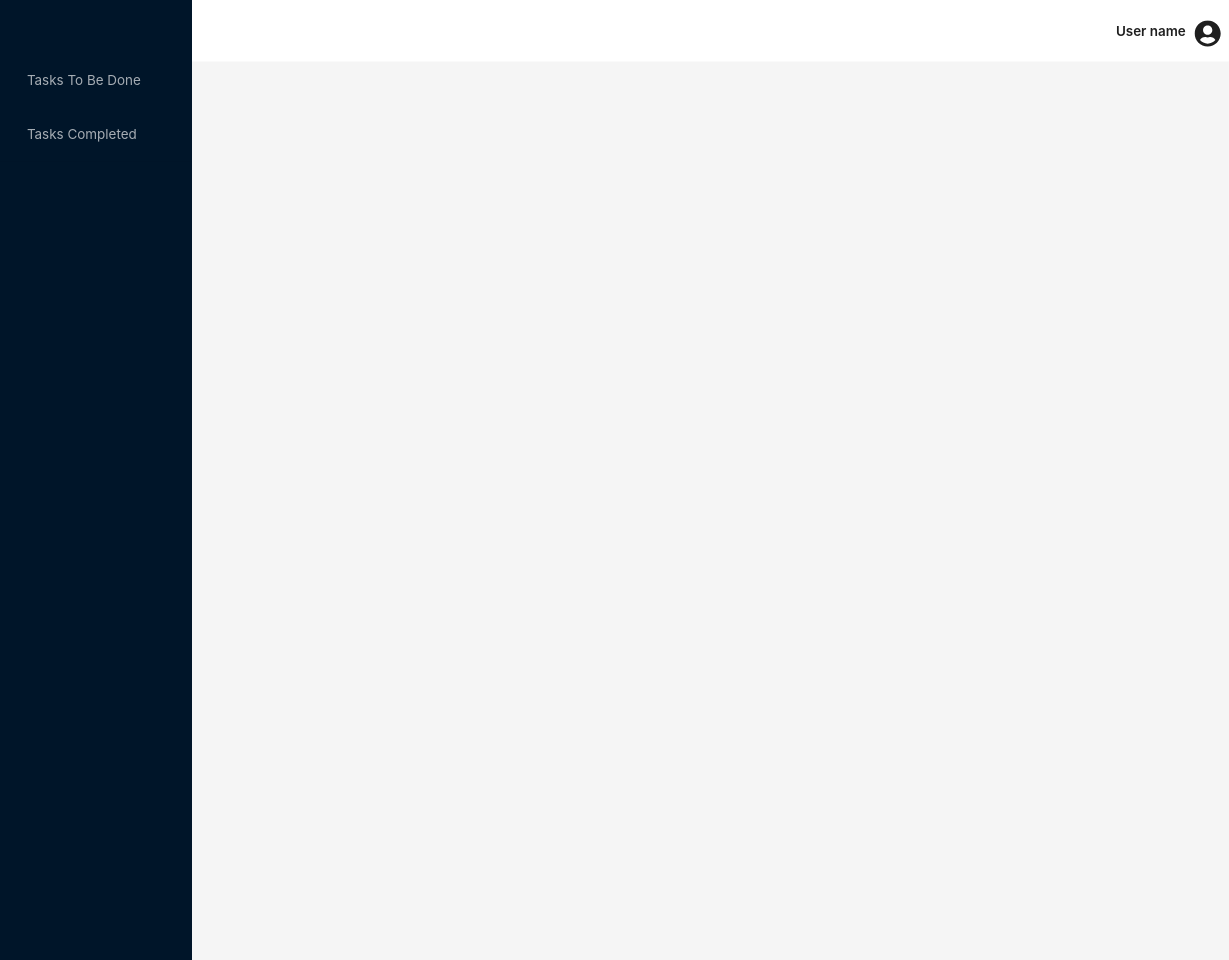
Repository: runner855/todolist_new
Page: /
These files come from the project's save history. The page is drawn as it stood at one moment and after the next save; the edit follows.
The browser window is 1280 px wide. The pictures show the whole page, at 96% of full size.
The project was rebuilt for these pictures with package versions that can differ from the ones it lists, and the page was loaded fresh each time.

Above is the page before, as saved 2023-03-19 22:13:03.

### src/index.tsx
import React from "react";
import ReactDOM from "react-dom/client";
import "./index.css";
import { App } from "./App";
import { BrowserRouter } from "react-router-dom";

const root = ReactDOM.createRoot(
  document.getElementById("root") as HTMLElement
);
root.render(
  <React.StrictMode>
    <BrowserRouter>
    <App />
    </BrowserRouter>
  </React.StrictMode>
);

### src/App.tsx
import React from 'react';
import './App.css';
import { NavBar } from './components/NavBar/NavBar';

export const App = () =>{
  return (
    <div className="App">
      <NavBar/>

    </div>
  );
}

### src/components/NavBar/NavBar.tsx
import React from 'react';

import { Layout, Menu, theme } from 'antd';
import { FaUserCircle } from 'react-icons/fa';
import { PagesArray } from '../../Utilities/Utility'
import "../NavBar/NavBar.css";
import { NavLink } from 'react-router-dom';

const { Header, Content, Footer, Sider } = Layout;

export const NavBar = () => {

  const {
    token: { colorBgContainer },
  } = theme.useToken();

  return (
      <Layout>
      <Sider
        breakpoint="lg"
        collapsedWidth="0"
        style={{height:1000}}
        onBreakpoint={(broken) => {
          console.log(broken);
        }}
        onCollapse={(collapsed, type) => {
          console.log(collapsed, type);
        }}
      >
        <div className="logo" />
        {/* <Menu
          theme="dark"
          mode="inline"
          items={PagesArray && PagesArray.map(
            (item, index) => ({
              key: index,

              label:  item.label ? <NavLink   to={item.to}>{item.label}</NavLink> :
              <img  className="logo"src={item.image} alt="logo"/>
            })
          )}


        /> */}
      <Menu theme="dark" mode="inline">{PagesArray && PagesArray.map((item, index) => {
        return (
        <ul className='links_container'>
          <li className='item_link'>{item.label}</li>
        </ul>



        )
      })}</Menu>
      </Sider>
      <Layout>
        <Header style={{ padding: 0, background: colorBgContainer }}>
        <div className='avatar_container'>
          <ul className='user'>
            <li className='user_text'>User name</li>
            <li className='user_icon'><FaUserCircle/></li>

          </ul>
          </div>

        </Header>
      </Layout>
    </Layout>
   );
}

### src/Utilities/Utility.tsx
import { TASKS_TO_BE_DONE, TASKS_COMPLETED } from '../Constants/Dictionary';
import { AppUrls } from '../Types/appTypes';
import { LOGO } from '../Constants/Dictionary';
export const PagesArray = [
  {image:LOGO},
  {label: TASKS_TO_BE_DONE, to: AppUrls.TASKS_TO_BE_DONE},
  {label: TASKS_COMPLETED, to: AppUrls.TASKS_COMPLETED},

]

### src/components/NavBar/NavBar.css
#components-layout-demo-responsive .logo {
  height: 32px;
  margin: 16px;
  background: rgba(255, 255, 255, 0.2);
}

li {
  list-style-type: none;
}

.user {
  display: flex;
  flex-direction: row;
  justify-content: right;
}

.user_icon {
  font-size: 2em;
  margin-right: 0.1em;
  margin: 0em 0.3em 0em 0.3em;
  line-height: 1.8;
}

.user_text {
  line-height: 2.7;
  font-weight: 600;
}

img {
  height: 3em;
}

.links_container {
  display: flex;
  flex: column;
}

.item_link {
  margin: 2em;
}

### src/Constants/Dictionary.ts
export const TASKS_TO_BE_DONE = "Tasks To Be Done";
export const TASKS_COMPLETED = "Tasks Completed"
export const LOGO = "https://pbs.twimg.com/profile_images/964093705748729856/nzx2mHKW_400x400.jpg";

### src/Types/appTypes.tsx

export enum AppUrls {
  TASKS_TO_BE_DONE = `/tasks_to_be_done`,
  TASKS_COMPLETED = "/tasks_copleted",

}

export enum LanguageEnum {
  EN = "en",
}

Loaded but not shown: public/index.html (common file); src/index.css (common file); src/App.css (common file)

After the next save:
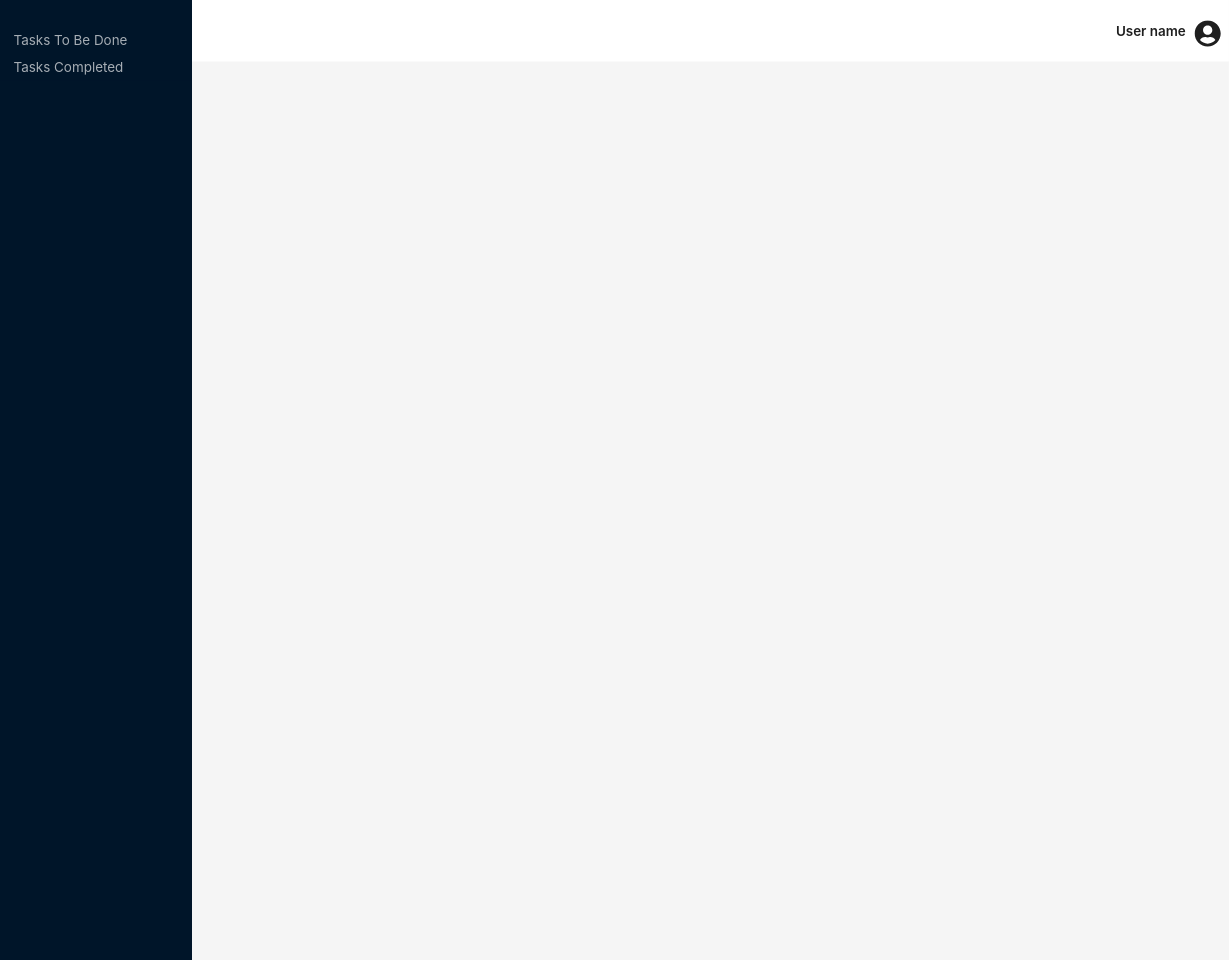
Saved 7 s later.
--- a/src/components/NavBar/NavBar.css
+++ b/src/components/NavBar/NavBar.css
@@ -36,5 +36,5 @@ img {
 }
 
 .item_link {
-  margin: 2em;
+  margin: 1em;
 }
